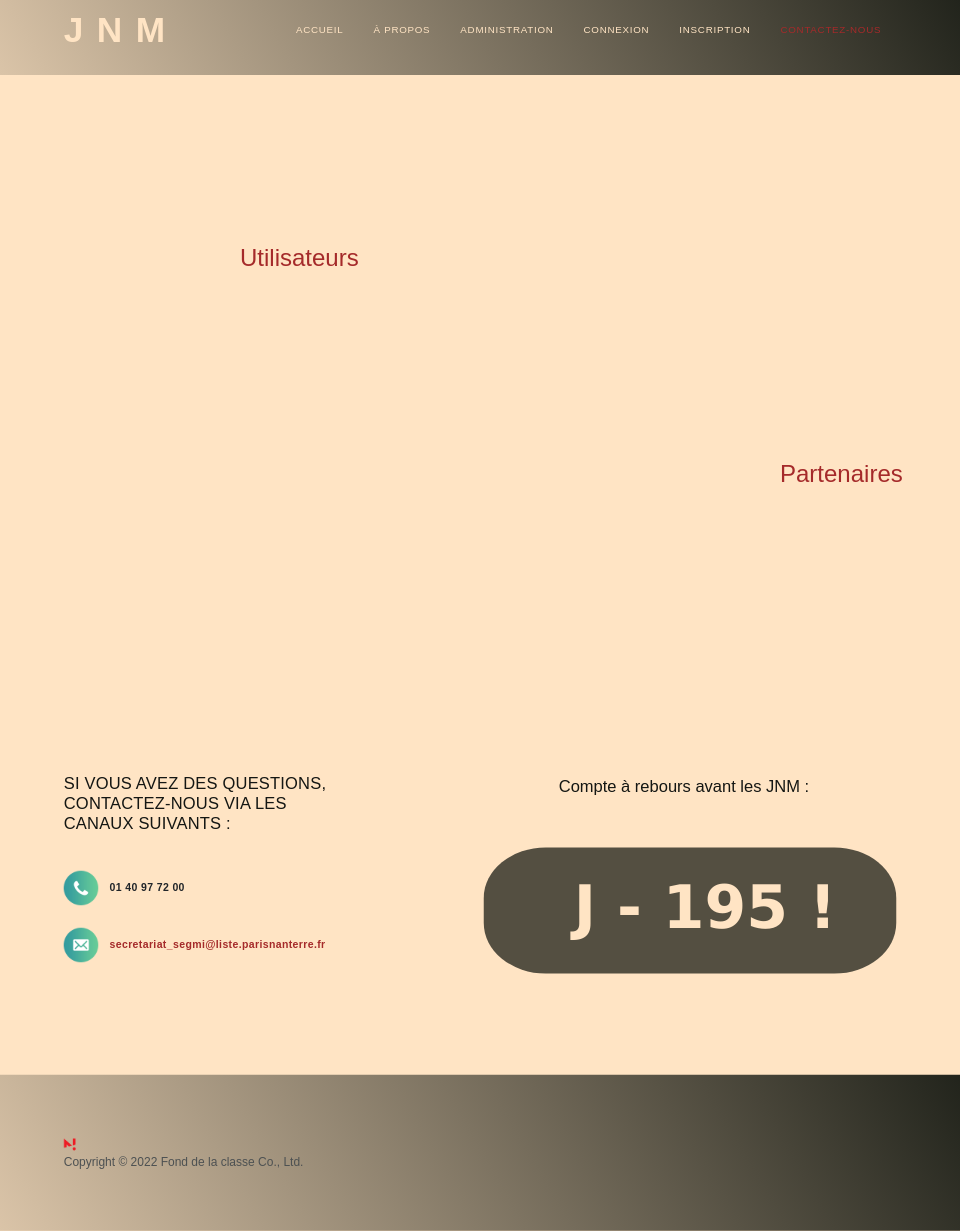
Repository: RiadNadri/ProjetWeb2022
Page: templates/Admin/admin.html.twig
The author's editor kept a copy of each file at every save. The page is drawn from the files as they stood at one save, then again after the next save.
The browser window is 1280 px wide. The pictures show the whole page, at 75% of full size.
Some web fonts or font styles are not loaded; a fallback is used. The page is a Twig template of a Symfony application; nobody is signed in and links lead nowhere. The template is opened directly, without the code that normally fills it, so the values that code supplies are empty.

Above is the page before, as saved 2022-12-24 16:49:52.

After the next save:
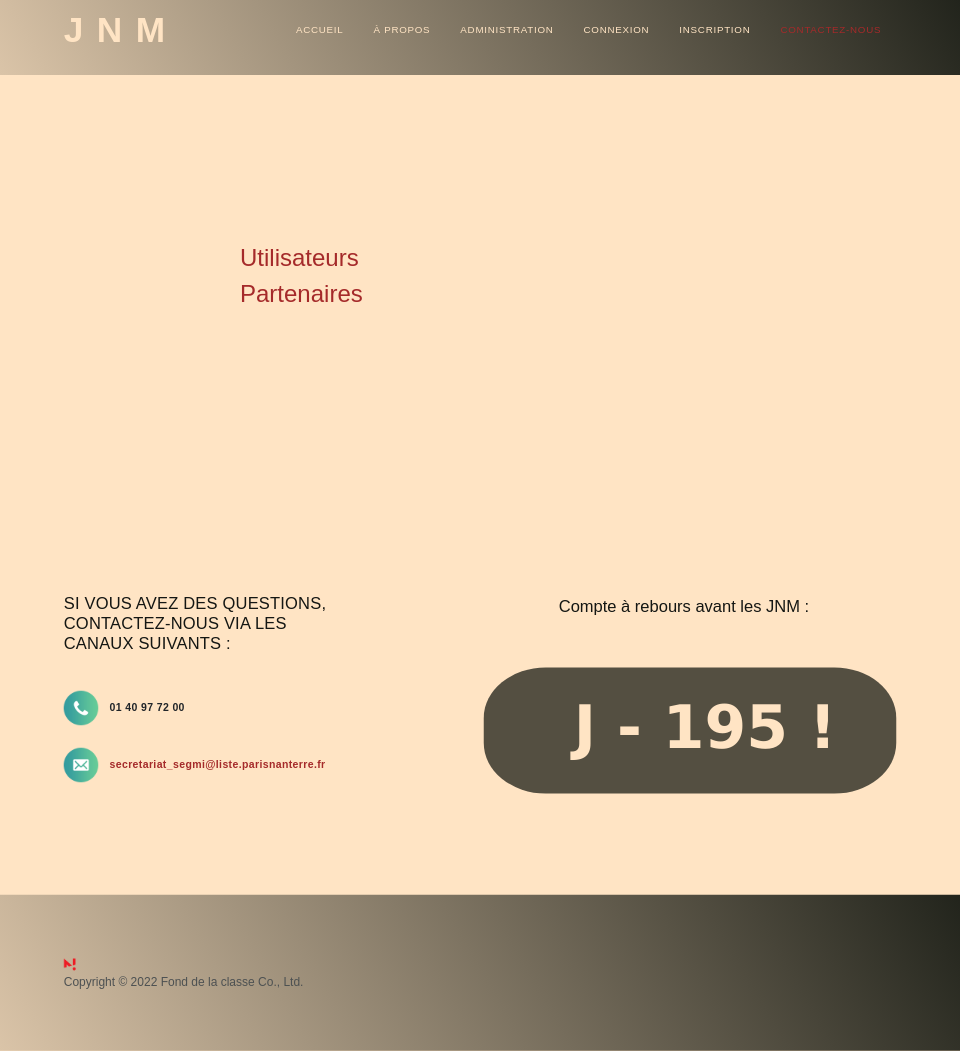
Saved 33 s later.
--- a/templates/Admin/admin.html.twig
+++ b/templates/Admin/admin.html.twig
@@ -12,9 +12,7 @@
         font-size: xx-large;
     }
     .buttonPartenaire{
-        margin-top: 25%;
-        margin-bottom: 20%;
-        margin-left: 75%;
+        margin-right: 30%;
         font-size: xx-large;
     }
 </style>
